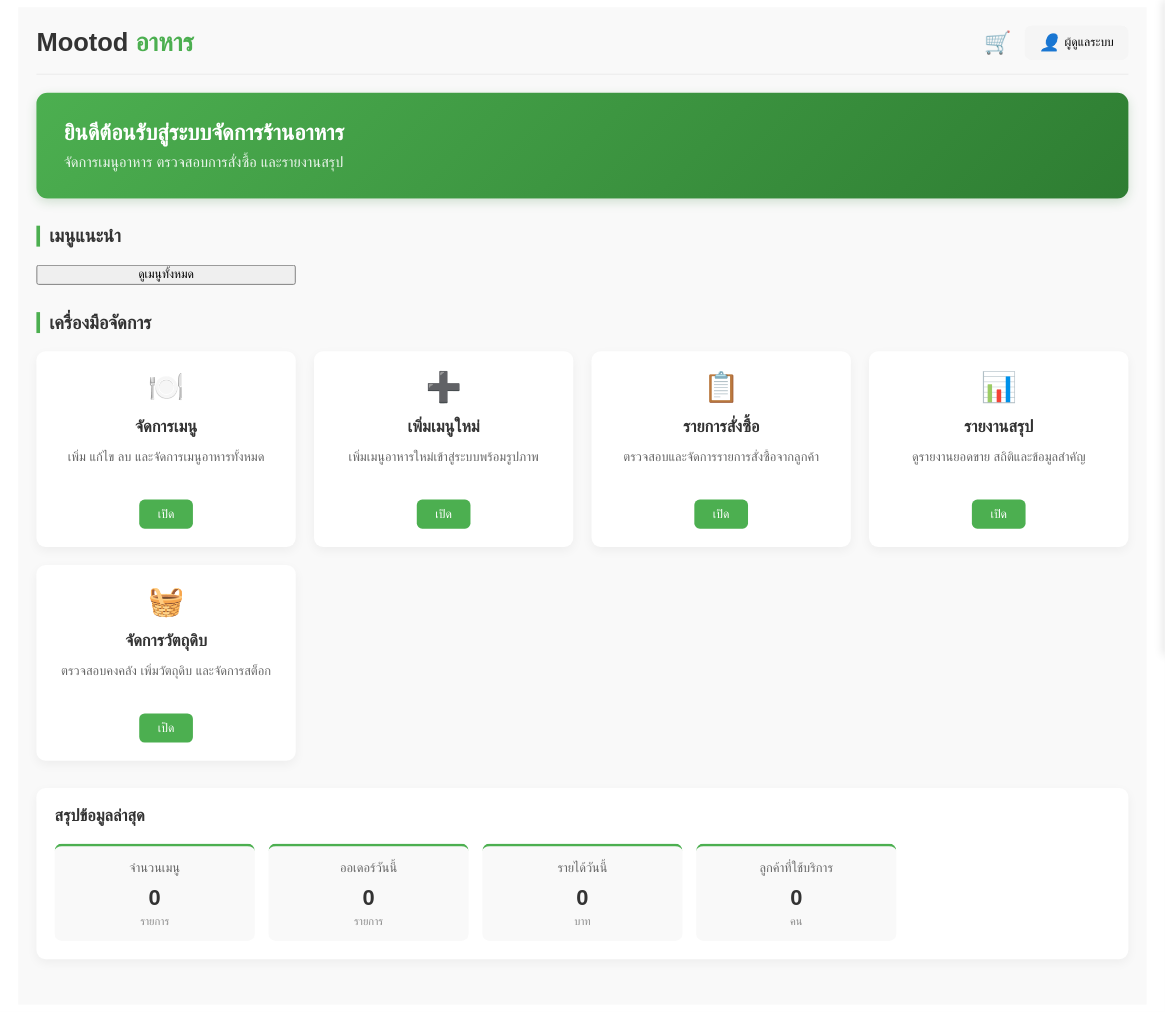
Repository: KwaunchaiJankaikot/mootod
Page: / (app in frontend/)
These files come from the project's save history. The page is drawn as it stood at one moment and after a run of saves; the edit follows.
The browser window is 1280 px wide. The pictures show the whole page, at 91% of full size.
The page's requests for data from a server got no answer. The project was rebuilt for these pictures with package versions that can differ from the ones it lists, and the page was loaded fresh each time. No one was signed in, and anything a server would have sent is missing. Also part of the build but not shown: frontend/vue.config.js, frontend/src/components/CheckoutPage.vue, frontend/src/components/AddMenu.vue, frontend/src/components/MenuList.vue, frontend/src/components/EditMenu.vue, frontend/src/components/InventoryPage.vue.

Above is the page before, as saved 2025-04-23 01:06:11.

### frontend/public/index.html
<!DOCTYPE html>
<html lang="">
  <head>
    <meta charset="utf-8">
    <meta http-equiv="X-UA-Compatible" content="IE=edge">
    <meta name="viewport" content="width=device-width,initial-scale=1.0">
    <link rel="icon" href="<%= BASE_URL %>favicon.ico">
    <title><%= htmlWebpackPlugin.options.title %></title>
    <link href="https://fonts.googleapis.com/icon?family=Material+Icons" rel="stylesheet">
    <link rel="stylesheet" href="https://fonts.googleapis.com/css2?family=Material+Symbols+Outlined:opsz,wght,FILL,GRAD@24,400,0,0" />
  </head>
  <body>
    <noscript>
      <strong>We're sorry but <%= htmlWebpackPlugin.options.title %> doesn't work properly without JavaScript enabled. Please enable it to continue.</strong>
    </noscript>
    <div id="app"></div>
    <!-- built files will be auto injected -->
  </body>
</html>

### frontend/src/main.js
import { createApp } from 'vue';
import App from './App.vue';
import router from './router';

const app = createApp(App);
app.use(router);  // ติดตั้ง Vue Router
app.mount('#app');

### frontend/src/App.vue
<template>
  <div id="app">
    <router-view></router-view>
  </div>
</template>

<script>
export default {
  name: 'App',
};
</script>

### frontend/src/router/index.js
import { createRouter, createWebHistory } from 'vue-router';
import HomePage from '../components/HomePage.vue';
import AddMenu from '../components/AddMenu.vue';
import MenuList from '../components/MenuList.vue';
import EditMenu from '../components/EditMenu.vue';
import InventoryPage from '../components/InventoryPage.vue';

const routes = [
  {
    path: '/',
    name: 'Home',
    component: HomePage
  },
  {
    path: '/add-menu',
    name: 'Menu',
    component: AddMenu
  },
  {
    path: '/menu-list',
    name: 'MenuList',
    component: MenuList
  },
  {
    path: '/edit-menu/:id',
    name: 'edit-menu',
    component: EditMenu,
    props: true,
  },

  {
    path: '/inventorypage',
    name: 'inventorypage',
    component: InventoryPage,
  },
];

const router = createRouter({
  history: createWebHistory(process.env.BASE_URL),
  routes
});

export default router;

### frontend/src/components/HomePage.vue
<template>
  <div class="home-container">
    <header class="header">
      <div class="logo">
        <img src="@/assets/logo.png" alt="Mootod Logo" v-if="false" />
        <h1>Mootod <span>อาหาร</span></h1>
      </div>
      <div class="right-menu">
        <div class="cart-icon" @click="toggleCart">
          <span>🛒</span>
          <span class="cart-badge" v-if="cartItems.length > 0">{{
            cartItems.length
          }}</span>
        </div>
        <button class="user-btn">
          <i class="user-icon">👤</i>
          <span>ผู้ดูแลระบบ</span>
        </button>
      </div>
    </header>

    <!-- ตะกร้าสินค้า -->
    <CartSidebar
      :cartItems="cartItems"
      :isCartOpen="isCartOpen"
      @close-cart="toggleCart"
      @remove-item="removeFromCart"
      @increase-quantity="increaseQuantity"
      @decrease-quantity="decreaseQuantity"
      @go-to-checkout="goToCheckout"
    />

    <!-- หน้าชำระเงิน -->
    <CheckoutPage
      v-if="isCheckoutModalOpen"
      :cartItems="cartItems"
      @close-checkout="closeCheckoutModal"
      @payment-success="handlePaymentSuccess"
    />

    <div class="welcome-banner">
      <div class="banner-content">
        <h2>ยินดีต้อนรับสู่ระบบจัดการร้านอาหาร</h2>
        <p>จัดการเมนูอาหาร ตรวจสอบการสั่งซื้อ และรายงานสรุป</p>
      </div>
    </div>

    <!-- แสดงรายการเมนู -->
    <h3 class="section-title">เมนูแนะนำ</h3>
    <div class="menu-cards">
      <div v-for="menu in menus" :key="menu.id" class="menu-card">
        <div class="card-image-container">
          <img :src="menu.image_url" alt="เมนูอาหาร" class="card-image" />
        </div>
        <div class="card-content">
          <h3>{{ menu.name }}</h3>
          <p>{{ menu.description }}</p>
          <div class="card-footer">
            <span class="price">{{ menu.price }} บาท</span>
            <button class="card-btn" @click="addToCart(menu)">สั่งอาหาร</button>
          </div>
        </div>
      </div>
        <button class="view-btn" @click="viewAllMenus">ดูเมนูทั้งหมด</button>
    </div>

    <!-- ส่วนอื่นๆ ของหน้าจัดการ -->
    <h3 class="section-title">เครื่องมือจัดการ</h3>
    <div class="admin-cards">
      <div class="card" @click="goTo('menu')">
        <div class="card-icon">🍽️</div>
        <h3>จัดการเมนู</h3>
        <p>เพิ่ม แก้ไข ลบ และจัดการเมนูอาหารทั้งหมด</p>
        <button class="card-btn">เปิด</button>
      </div>

      <div class="card" @click="goTo('add-menu')">
        <div class="card-icon">➕</div>
        <h3>เพิ่มเมนูใหม่</h3>
        <p>เพิ่มเมนูอาหารใหม่เข้าสู่ระบบพร้อมรูปภาพ</p>
        <button class="card-btn">เปิด</button>
      </div>

      <div class="card" @click="goTo('orders')">
        <div class="card-icon">📋</div>
        <h3>รายการสั่งซื้อ</h3>
        <p>ตรวจสอบและจัดการรายการสั่งซื้อจากลูกค้า</p>
        <button class="card-btn">เปิด</button>
      </div>

      <div class="card" @click="goTo('reports')">
        <div class="card-icon">📊</div>
        <h3>รายงานสรุป</h3>
        <p>ดูรายงานยอดขาย สถิติและข้อมูลสำคัญ</p>
        <button class="card-btn">เปิด</button>
      </div>

      <div class="card" @click="goTo('inventorypage')">
        <div class="card-icon">🧺</div>
        <h3>จัดการวัตถุดิบ</h3>
        <p>ตรวจสอบคงคลัง เพิ่มวัตถุดิบ และจัดการสต็อก</p>
        <button class="card-btn">เปิด</button>
      </div>
    </div>

    <div class="quick-stats">
      <h3>สรุปข้อมูลล่าสุด</h3>
      <div class="stats-grid">
        <div class="stat-card">
          <h4>จำนวนเมนู</h4>
          <div class="stat-value">{{ totalMenus || menus.length }}</div>
          <div class="stat-label">รายการ</div>
        </div>

        <div class="stat-card">
          <h4>ออเดอร์วันนี้</h4>
          <div class="stat-value">0</div>
          <div class="stat-label">รายการ</div>
        </div>

        <div class="stat-card">
          <h4>รายได้วันนี้</h4>
          <div class="stat-value">0</div>
          <div class="stat-label">บาท</div>
        </div>

        <div class="stat-card">
          <h4>ลูกค้าที่ใช้บริการ</h4>
          <div class="stat-value">0</div>
          <div class="stat-label">คน</div>
        </div>
      </div>
    </div>
  </div>
</template>

<script>
import axios from "axios";
import CartSidebar from "@/components/CartSidebar.vue";
import CheckoutPage from "@/components/CheckoutPage.vue";

export default {
  name: "HomePage",
  components: {
    CartSidebar,
    CheckoutPage
  },
  data() {
    return {
      menus: [],
      totalMenus: 0,
      cartItems: [],
      isCartOpen: false,
      isCheckoutModalOpen: false,
    };
  },
  mounted() {
    this.fetchMenus();
    // โหลดข้อมูลตะกร้าจาก localStorage (ถ้ามี)
    const savedCart = localStorage.getItem("cart");
    if (savedCart) {
      this.cartItems = JSON.parse(savedCart);
    }
  },
  methods: {
    goTo(route) {
      switch (route) {
        case "menu":
          this.$router.push("/menu-list");
          break;
        case "add-menu":
          this.$router.push("/add-menu");
          break;
        case "orders":
          this.$router.push("/orders");
          break;
        case "reports":
          this.$router.push("/reports");
          break;
         case "inventorypage":
          this.$router.push("/inventorypage");
          break;
        default:
          this.$router.push("/");
      }
    },
    fetchMenus() {
      axios
        .get("http://localhost:5000/menus") // เปลี่ยนเป็น URL ของ API ที่คุณใช้
        .then((response) => {
          this.menus = response.data; // บันทึกข้อมูลเมนูใน state
          this.totalMenus = this.menus.length;
        })
        .catch((error) => {
          console.error("เกิดข้อผิดพลาดในการดึงข้อมูลเมนู:", error);
          this.totalMenus = this.menus.length;
        });
    },
    // ฟังก์ชันเกี่ยวกับตะกร้าสินค้า
    addToCart(menu) {
      // ตรวจสอบว่ามีรายการนี้ในตะกร้าหรือไม่
      const existingItem = this.cartItems.find((item) => item.id === menu.id);

      if (existingItem) {
        // ถ้ามีอยู่แล้ว เพิ่มจำนวน
        existingItem.quantity += 1;
      } else {
        // ถ้ายังไม่มี เพิ่มรายการใหม่พร้อมจำนวน = 1
        this.cartItems.push({
          ...menu,
          quantity: 1,
        });
      }

      // บันทึกลง localStorage
      this.saveCart();

      // เปิดตะกร้าสินค้า
      this.isCartOpen = true;
    },
    toggleCart() {
      this.isCartOpen = !this.isCartOpen;
    },
    removeFromCart(index) {
      this.cartItems.splice(index, 1);
      this.saveCart();
    },
    increaseQuantity(index) {
      this.cartItems[index].quantity += 1;
      this.saveCart();
    },
    decreaseQuantity(index) {
      if (this.cartItems[index].quantity > 1) {
        this.cartItems[index].quantity -= 1;
      } else {
        // ถ้าเหลือแค่ 1 ชิ้น แล้วกดลด ให้ลบรายการออกจากตะกร้า
        this.removeFromCart(index);
      }
      this.saveCart();
    },
    saveCart() {
      localStorage.setItem("cart", JSON.stringify(this.cartItems));
    },
    // ฟังก์ชันเกี่ยวกับการชำระเงิน
    goToCheckout() {
      this.isCheckoutModalOpen = true;
      this.isCartOpen = false; // ปิดตะกร้าเมื่อไปที่หน้าชำระเงิน
    },
    closeCheckoutModal() {
      this.isCheckoutModalOpen = false;
    },
    handlePaymentSuccess() {
      // ล้างตะกร้า
      this.cartItems = [];
      this.saveCart();
      // ปิดหน้าชำระเงิน (จะถูกจัดการโดย CheckoutPage component แล้ว)
    },
  },
};
</script>

<style scoped>
.home-container {
  max-width: 1200px;
  margin: 0 auto;
  padding: 20px;
  font-family: "Prompt", "Kanit", sans-serif;
  background-color: #f9f9f9;
  position: relative;
}

/* Header */
.header {
  display: flex;
  justify-content: space-between;
  align-items: center;
  margin-bottom: 20px;
  padding-bottom: 15px;
  border-bottom: 1px solid #eaeaea;
}

.logo {
  display: flex;
  align-items: center;
}

.logo h1 {
  font-size: 28px;
  font-weight: 700;
  color: #333;
  margin: 0;
}

.logo span {
  color: #4caf50;
}

.logo img {
  height: 40px;
  margin-right: 10px;
}

.right-menu {
  display: flex;
  align-items: center;
  gap: 15px;
}

.cart-icon {
  position: relative;
  cursor: pointer;
  font-size: 24px;
}

.cart-badge {
  position: absolute;
  top: -8px;
  right: -8px;
  background-color: #f44336;
  color: white;
  border-radius: 50%;
  width: 18px;
  height: 18px;
  font-size: 12px;
  display: flex;
  align-items: center;
  justify-content: center;
}

.user-btn {
  display: flex;
  align-items: center;
  background: #f5f5f5;
  border: none;
  border-radius: 8px;
  padding: 8px 16px;
  cursor: pointer;
  transition: background-color 0.2s;
}

.user-btn:hover {
  background: #eaeaea;
}

.user-icon {
  margin-right: 5px;
  font-size: 18px;
}

/* Welcome Banner */
.welcome-banner {
  background: linear-gradient(135deg, #4caf50 0%, #2e7d32 100%);
  border-radius: 12px;
  padding: 30px;
  margin-bottom: 30px;
  color: white;
  box-shadow: 0 4px 12px rgba(46, 125, 50, 0.2);
}

.banner-content h2 {
  font-size: 24px;
  margin: 0 0 10px 0;
  font-weight: 600;
}

.banner-content p {
  font-size: 16px;
  margin: 0;
  opacity: 0.9;
}

/* Section Titles */
.section-title {
  font-size: 20px;
  font-weight: 600;
  color: #333;
  margin-top: 30px;
  margin-bottom: 20px;
  border-left: 4px solid #4caf50;
  padding-left: 10px;
}

/* Menu Cards - แสดงเมนูอาหาร */
.menu-cards {
  display: grid;
  grid-template-columns: repeat(auto-fill, minmax(280px, 1fr));
  gap: 20px;
  margin-bottom: 30px;
}

.menu-card {
  background: white;
  border-radius: 10px;
  overflow: hidden;
  box-shadow: 0 4px 12px rgba(0, 0, 0, 0.05);
  transition: transform 0.3s ease, box-shadow 0.3s ease;
  cursor: pointer;
}

.menu-card:hover {
  transform: translateY(-5px);
  box-shadow: 0 8px 20px rgba(0, 0, 0, 0.1);
}

.card-image-container {
  width: 100%;
  height: 180px;
  overflow: hidden;
}

.card-image {
  width: 100%;
  height: 100%;
  object-fit: cover;
  transition: transform 0.3s ease;
}

.menu-card:hover .card-image {
  transform: scale(1.05);
}

.card-content {
  padding: 15px;
}

.card-content h3 {
  font-size: 18px;
  margin: 0 0 8px 0;
  color: #333;
}

.card-content p {
  font-size: 14px;
  color: #666;
  margin: 0 0 15px 0;
  height: 40px;
  overflow: hidden;
  display: -webkit-box;
  -webkit-line-clamp: 2;
  -webkit-box-orient: vertical;
}

.card-footer {
  display: flex;
  justify-content: space-between;
  align-items: center;
}

.price {
  font-weight: 600;
  color: #4caf50;
}

/* Admin Cards - การ์ดจัดการระบบ */
.admin-cards {
  display: grid;
  grid-template-columns: repeat(auto-fill, minmax(250px, 1fr));
  gap: 20px;
  margin-bottom: 30px;
}

.card {
  background: white;
  border-radius: 10px;
  padding: 20px;
  box-shadow: 0 4px 12px rgba(0, 0, 0, 0.05);
  text-align: center;
  transition: transform 0.3s ease, box-shadow 0.3s ease;
  cursor: pointer;
}

.card:hover {
  transform: translateY(-5px);
  box-shadow: 0 8px 20px rgba(0, 0, 0, 0.1);
}

.card-icon {
  font-size: 32px;
  margin-bottom: 15px;
}

.card h3 {
  font-size: 18px;
  margin: 0 0 10px 0;
  color: #333;
}

.card p {
  color: #666;
  font-size: 14px;
  margin-bottom: 15px;
  height: 40px;
  overflow: hidden;
  display: -webkit-box;
  -webkit-line-clamp: 2;
  -webkit-box-orient: vertical;
}

.card-btn {
  background-color: #4caf50;
  color: white;
  border: none;
  padding: 8px 20px;
  border-radius: 6px;
  cursor: pointer;
  font-weight: 500;
  transition: background-color 0.2s;
}

.card-btn:hover {
  background-color: #45a049;
}

/* Quick Stats */
.quick-stats {
  background: white;
  border-radius: 10px;
  padding: 20px;
  box-shadow: 0 4px 12px rgba(0, 0, 0, 0.05);
  margin-bottom: 30px;
}

.quick-stats h3 {
  margin-top: 0;
  margin-bottom: 20px;
  color: #333;
  font-size: 18px;
  font-weight: 600;
}

.stats-grid {
  display: grid;
  grid-template-columns: repeat(auto-fill, minmax(200px, 1fr));
  gap: 15px;
}

.stat-card {
  background: #f9f9f9;
  padding: 15px;
  border-radius: 8px;
  text-align: center;
  border-top: 3px solid #4caf50;
}

.stat-card h4 {
  font-size: 14px;
  font-weight: 500;
  color: #666;
  margin: 0 0 10px 0;
}

.stat-value {
  font-size: 24px;
  font-weight: 600;
  color: #333;
  margin-bottom: 5px;
}

.stat-label {
  font-size: 12px;
  color: #888;
}

/* Responsive */
@media (max-width: 768px) {
  .menu-cards,
  .admin-cards {
    grid-template-columns: repeat(auto-fill, minmax(220px, 1fr));
  }

  .welcome-banner {
    padding: 25px;
  }

  .banner-content h2 {
    font-size: 22px;
  }
}

@media (max-width: 480px) {
  .home-container {
    padding: 15px;
  }

  .header {
    flex-direction: column;
    align-items: flex-start;
  }

  .right-menu {
    margin-top: 15px;
    width: 100%;
    justify-content: space-between;
  }

  .menu-cards,
  .admin-cards {
    grid-template-columns: 1fr;
  }

  .welcome-banner {
    padding: 20px;
  }

  .stats-grid {
    grid-template-columns: 1fr 1fr;
  }

  .card-image-container {
    height: 160px;
  }
}
</style>

### frontend/src/components/CartSidebar.vue
<template>
  <div class="cart-sidebar" :class="{ 'cart-active': isCartOpen }">
    <div class="cart-header">
      <h3>ตะกร้าสินค้า</h3>
      <button class="close-btn" @click="closeCart">✕</button>
    </div>

    <div v-if="cartItems.length === 0" class="empty-cart">
      <span>🛒</span>
      <p>ไม่มีรายการในตะกร้า</p>
    </div>

    <div v-else class="cart-items">
      <div v-for="(item, index) in cartItems" :key="index" class="cart-item">
        <div class="cart-item-img">
          <img :src="item.image_url" alt="เมนูอาหาร" />
        </div>
        <div class="cart-item-info">
          <h4>{{ item.name }}</h4>
          <div class="item-price">{{ item.price }} บาท</div>
        </div>
        <div class="cart-item-actions">
          <button class="qty-btn" @click="decreaseQuantity(index)">-</button>
          <span class="item-qty">{{ item.quantity }}</span>
          <button class="qty-btn" @click="increaseQuantity(index)">+</button>
          <button class="remove-btn" @click="removeFromCart(index)">
            ลบ
          </button>
        </div>
      </div>
    </div>

    <div class="cart-summary" v-if="cartItems.length > 0">
      <div class="summary-row">
        <span>ยอดรวม:</span>
        <span class="summary-price">{{ calculateTotal() }} บาท</span>
      </div>
      <button class="checkout-btn" @click="goToCheckout">ไปชำระเงิน</button>
    </div>
  </div>
</template>

<script>
export default {
  name: "CartSidebar",
  props: {
    cartItems: {
      type: Array,
      required: true
    },
    isCartOpen: {
      type: Boolean,
      default: false
    }
  },
  methods: {
    closeCart() {
      this.$emit('close-cart');
    },
    removeFromCart(index) {
      this.$emit('remove-item', index);
    },
    increaseQuantity(index) {
      this.$emit('increase-quantity', index);
    },
    decreaseQuantity(index) {
      this.$emit('decrease-quantity', index);
    },
    calculateTotal() {
      return this.cartItems.reduce((total, item) => {
        return total + (item.price * item.quantity);
      }, 0);
    },
    goToCheckout() {
      this.$emit('go-to-checkout');
    }
  }
};
</script>

<style scoped>
/* Cart Sidebar */
.cart-sidebar {
  position: fixed;
  top: 0;
  right: -350px;
  width: 350px;
  height: 100vh;
  background-color: white;
  box-shadow: -2px 0 10px rgba(0, 0, 0, 0.1);
  z-index: 1000;
  transition: right 0.3s ease;
  display: flex;
  flex-direction: column;
}

.cart-active {
  right: 0;
}

.cart-header {
  display: flex;
  justify-content: space-between;
  align-items: center;
  padding: 15px 20px;
  border-bottom: 1px solid #eaeaea;
}

.cart-header h3 {
  margin: 0;
  font-size: 18px;
}

.close-btn {
  background: none;
  border: none;
  font-size: 18px;
  cursor: pointer;
  color: #777;
}

.empty-cart {
  display: flex;
  flex-direction: column;
  align-items: center;
  justify-content: center;
  padding: 50px 20px;
  color: #777;
}

.empty-cart span {
  font-size: 48px;
  margin-bottom: 15px;
  opacity: 0.5;
}

.cart-items {
  flex: 1;
  overflow-y: auto;
  padding: 15px;
}

.cart-item {
  display: flex;
  padding: 10px 0;
  border-bottom: 1px solid #eaeaea;
  margin-bottom: 10px;
}

.cart-item-img {
  width: 60px;
  height: 60px;
  overflow: hidden;
  border-radius: 6px;
  margin-right: 10px;
}

.cart-item-img img {
  width: 100%;
  height: 100%;
  object-fit: cover;
}

.cart-item-info {
  flex: 1;
}

.cart-item-info h4 {
  margin: 0 0 5px 0;
  font-size: 16px;
}

.item-price {
  color: #4caf50;
  font-weight: 500;
}

.cart-item-actions {
  display: flex;
  align-items: center;
  gap: 5px;
}

.qty-btn {
  width: 24px;
  height: 24px;
  border: 1px solid #ddd;
  background: white;
  border-radius: 4px;
  display: flex;
  align-items: center;
  justify-content: center;
  cursor: pointer;
}

.item-qty {
  width: 20px;
  text-align: center;
}

.remove-btn {
  background: #f44336;
  color: white;
  border: none;
  border-radius: 4px;
  padding: 3px 8px;
  font-size: 12px;
  cursor: pointer;
  margin-left: 5px;
}

.cart-summary {
  padding: 15px;
  border-top: 1px solid #eaeaea;
  background-color: #f9f9f9;
}

.summary-row {
  display: flex;
  justify-content: space-between;
  margin-bottom: 15px;
  font-weight: 500;
}

.summary-price {
  color: #4caf50;
  font-size: 18px;
  font-weight: 600;
}

.checkout-btn {
  width: 100%;
  padding: 12px;
  background-color: #4caf50;
  color: white;
  border: none;
  border-radius: 6px;
  font-weight: 500;
  cursor: pointer;
  transition: background-color 0.2s;
}

.checkout-btn:hover {
  background-color: #45a049;
}

@media (max-width: 768px) {
  .cart-sidebar {
    width: 300px;
  }
}

@media (max-width: 480px) {
  .cart-sidebar {
    width: 85%;
  }
}
</style>

After the next 2 saves:
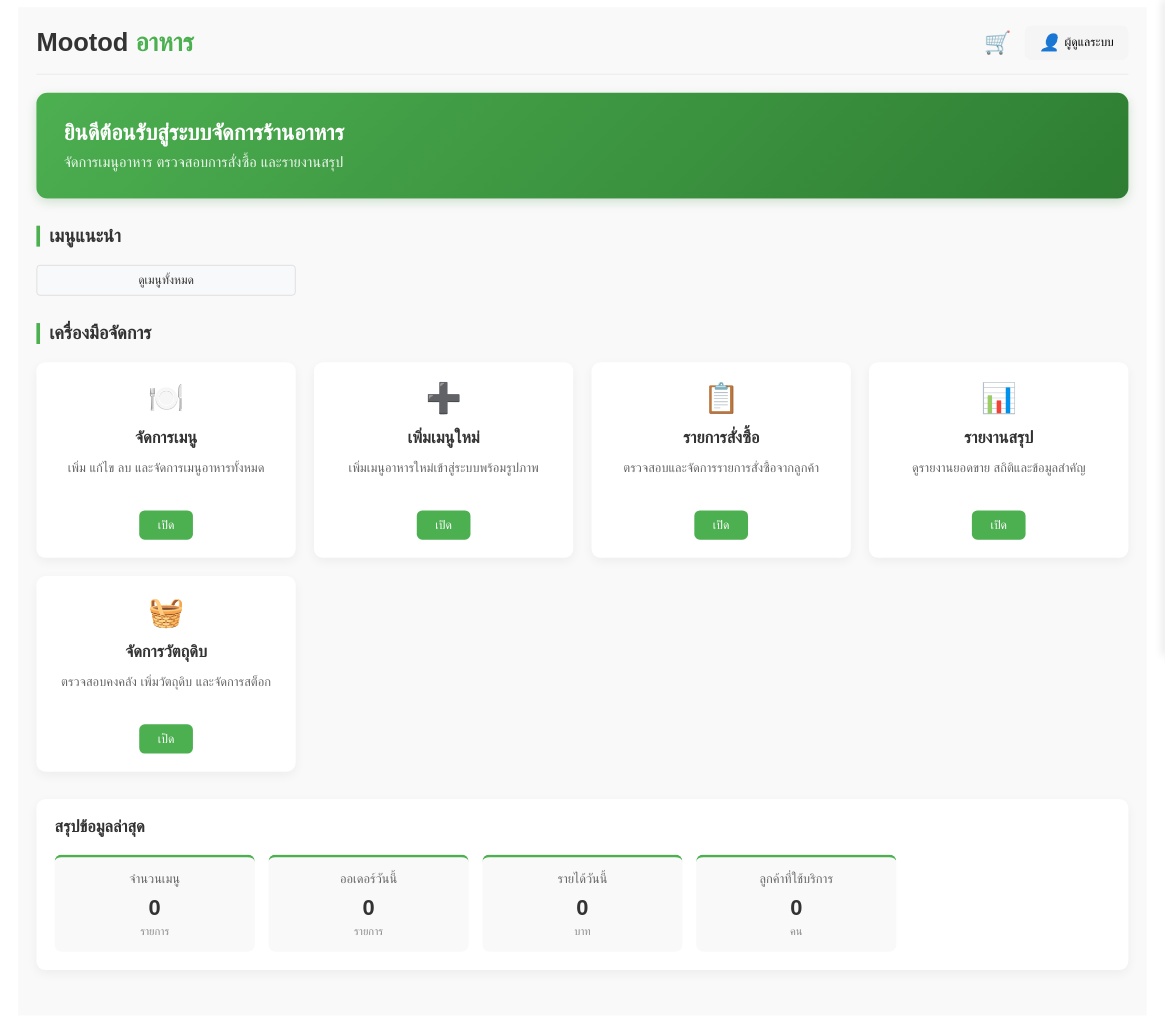
The 2 saves are shown as one change because they came seconds apart.
The last was saved 58 min 6 s later.
--- a/frontend/src/components/HomePage.vue
+++ b/frontend/src/components/HomePage.vue
@@ -560,6 +560,19 @@ export default {
   font-size: 12px;
   color: #888;
 }
+.view-btn {
+  background-color: #f8f9fa;
+  color: #333;
+  border: 1px solid #ddd;
+  padding: 8px 12px;
+  border-radius: 4px;
+  cursor: pointer;
+  transition: all 0.3s ease;
+}
+
+.view-btn:hover {
+  background-color: #e9ecef;
+}
 
 /* Responsive */
 @media (max-width: 768px) {
